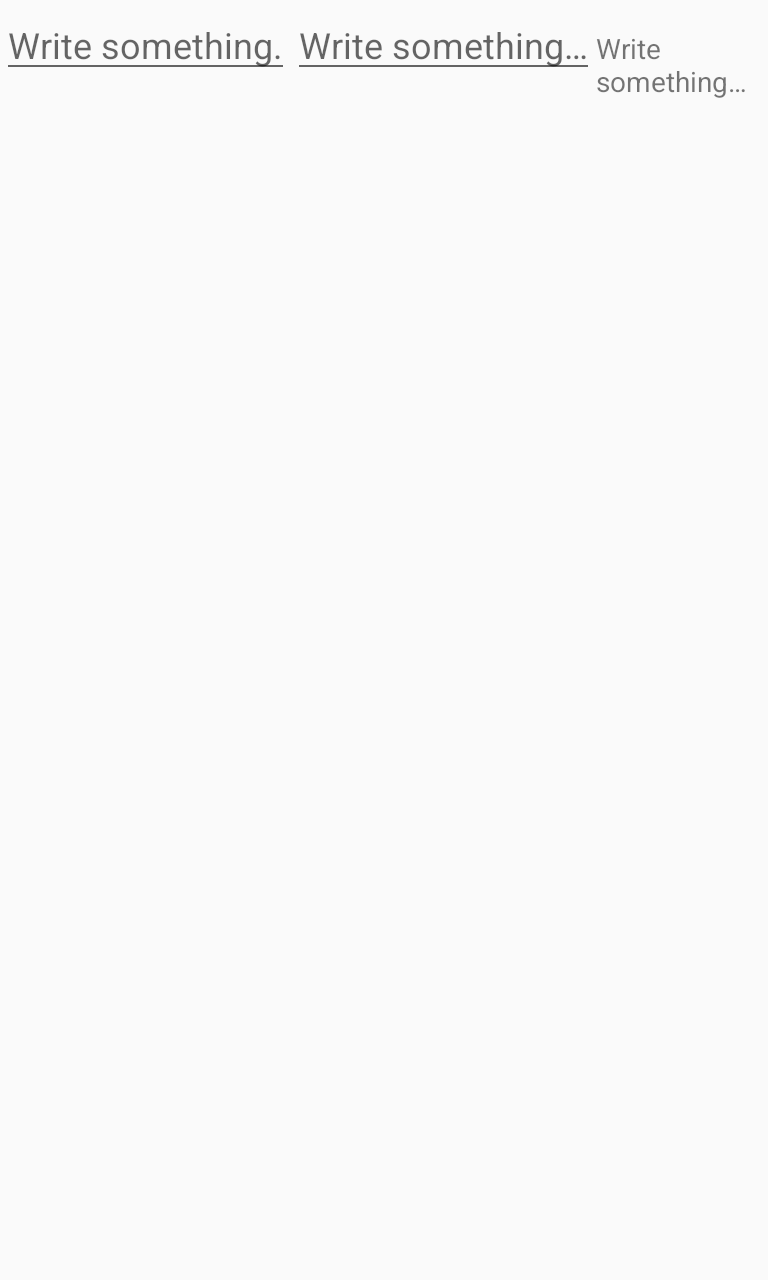
Repository: SVasilev/TimeWaste
Layout: TimeWaste/res/layout/activity_time_waste.xml
An editor plug-in stored every save of this project. The layout is shown before and after the next save, followed by the edit.
It is drawn on a 768 x 1280 px phone screen (xhdpi) without system bars, with theme AppTheme; the app's code is not run.

Above is the layout before, as saved 2014-07-18 23:08:31.

### TimeWaste/res/layout/activity_time_waste.xml
<LinearLayout xmlns:android="http://schemas.android.com/apk/res/android"
    xmlns:tools="http://schemas.android.com/tools"
    android:layout_width="match_parent"
    android:layout_height="match_parent"
    android:orientation="horizontal" >

    <EditText android:id="@+id/edit_message"
        android:layout_width="wrap_content"
        android:layout_height="wrap_content"
        android:hint="@string/edit_message" />

    <EditText android:id="@+id/std_message"
        android:layout_width="wrap_content"
        android:layout_height="wrap_content"
        android:hint="@string/std_message" />

    <TextView android:id="@+id/text_view"
        android:layout_width="wrap_content"
        android:layout_height="wrap_content"
        android:text="@string/std_message" />

</LinearLayout>

### TimeWaste/res/values/strings.xml
<?xml version="1.0" encoding="utf-8"?>
<resources>

    <string name="app_name">TimeWaste</string>
    <string name="edit_message">Write something.</string>
    <string name="std_message">Write something&#8230; </string>
    <string name="action_settings">Settings</string>

</resources>

Loaded but not shown: TimeWaste/res/values/styles.xml (common file); TimeWaste/res/values-v11/styles.xml (common file); TimeWaste/res/values-v14/styles.xml (common file)

After the next save:
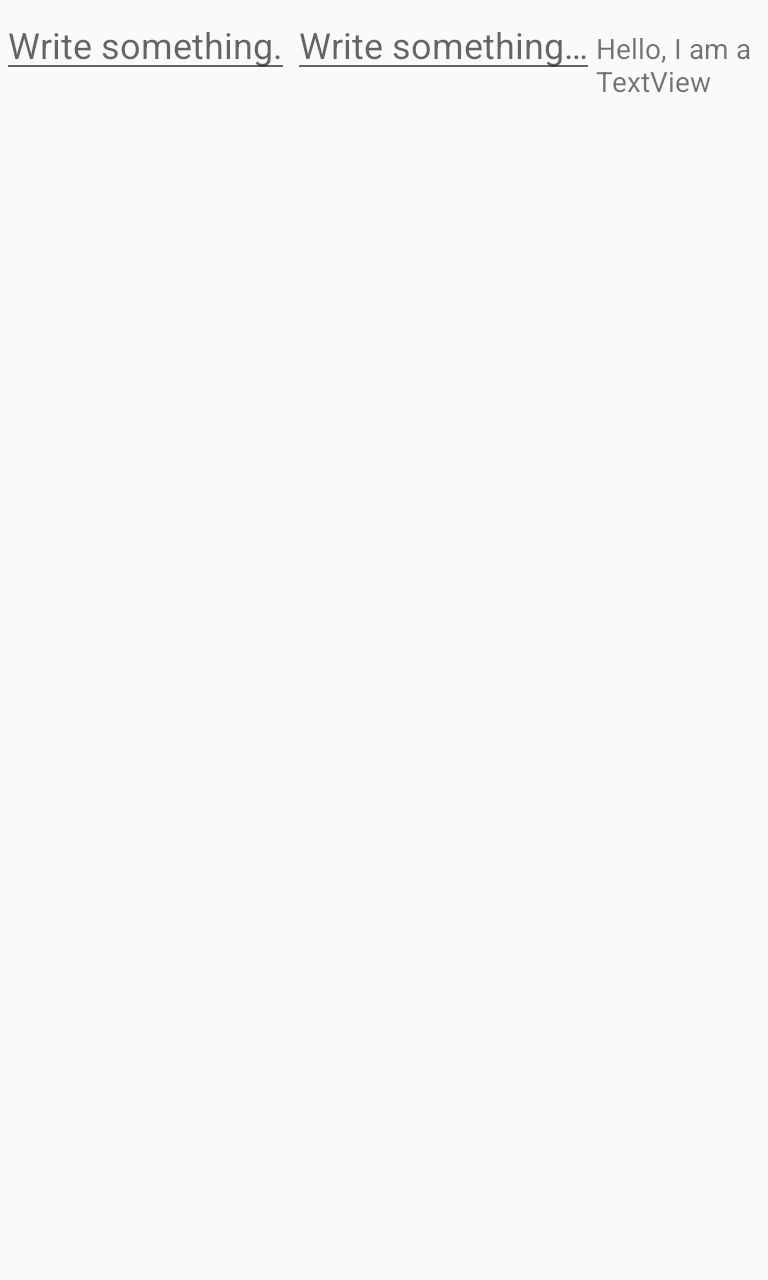
Saved 47 s later.
--- a/TimeWaste/res/layout/activity_time_waste.xml
+++ b/TimeWaste/res/layout/activity_time_waste.xml
@@ -14,9 +14,9 @@
         android:layout_height="wrap_content"
         android:hint="@string/std_message" />
 
-    <TextView android:id="@+id/text_view"
-        android:layout_width="wrap_content"
-        android:layout_height="wrap_content"
-        android:text="@string/std_message" />
+    <TextView android:id="@+id/text"
+              android:layout_width="wrap_content"
+              android:layout_height="wrap_content"
+              android:text="Hello, I am a TextView" />
 
 </LinearLayout>
